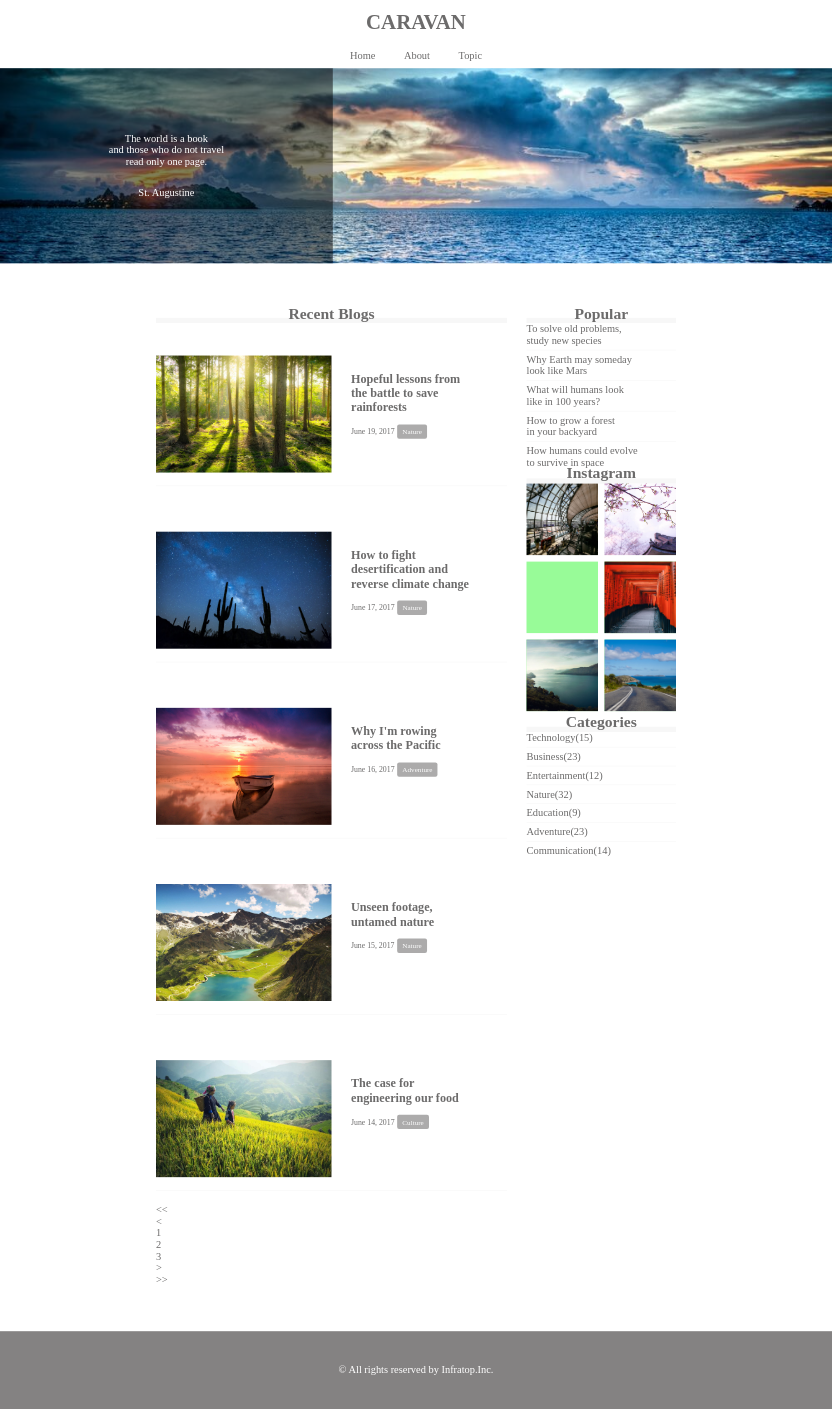
Repository: rascalNoShippo/git-practice
Page: caravan/index.html
The author's editor kept a record of every edit. The page is drawn from the files as they stood at one moment, then again after the next edit.
The browser window is 1280 px wide. The pictures show the whole page, at 65% of full size.

Above is the page before.
Not found: caravan/img/snow.jpg

After the next edit:
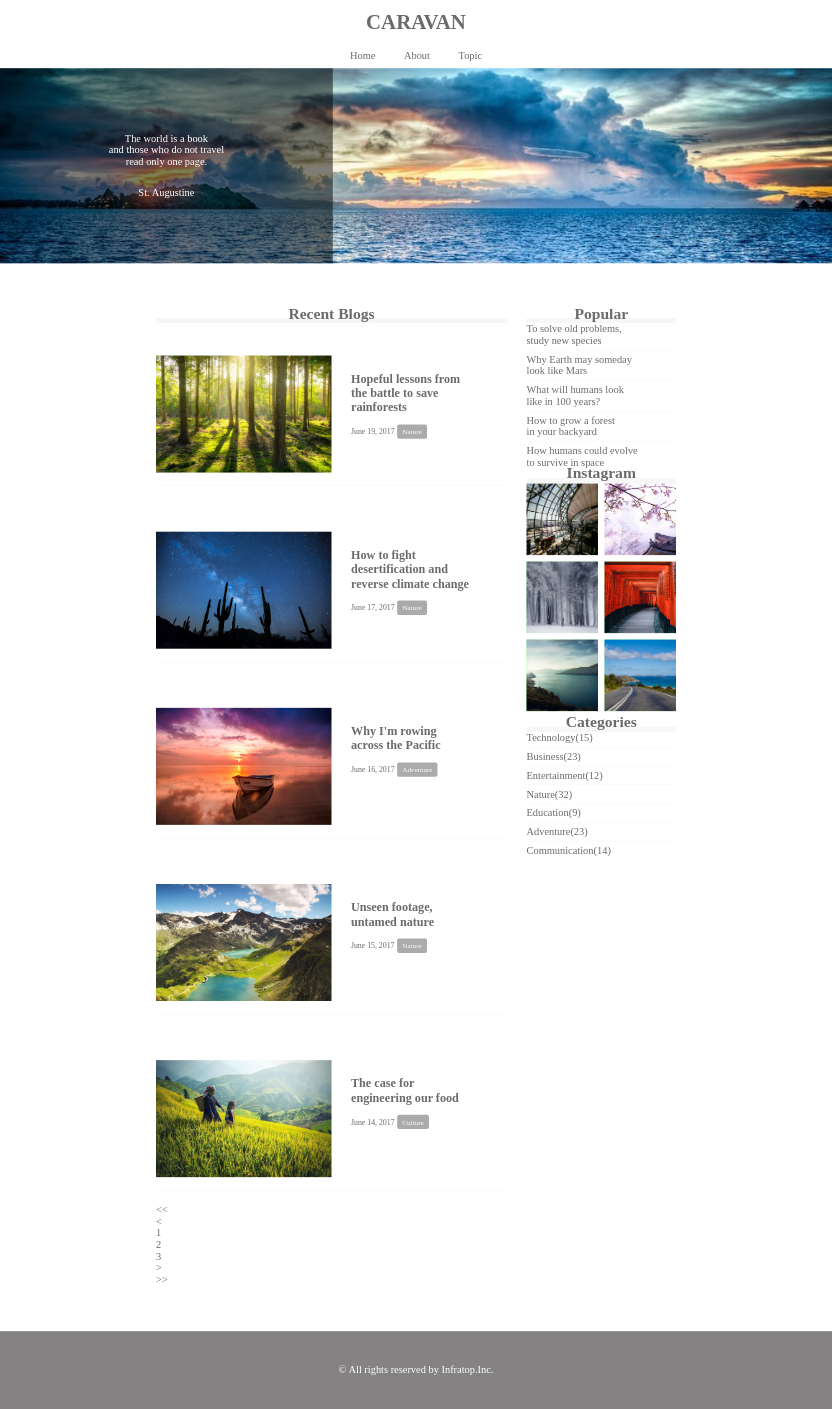
The edit:
--- a/caravan/style.css
+++ b/caravan/style.css
@@ -176,7 +176,7 @@
 }
 
 .instagram-box:nth-child(3) {
-  background-image: url(img/snow.jpg);
+  background-image: url(image/snow.jpg);
 }
 
 .instagram-box:nth-child(4) {
